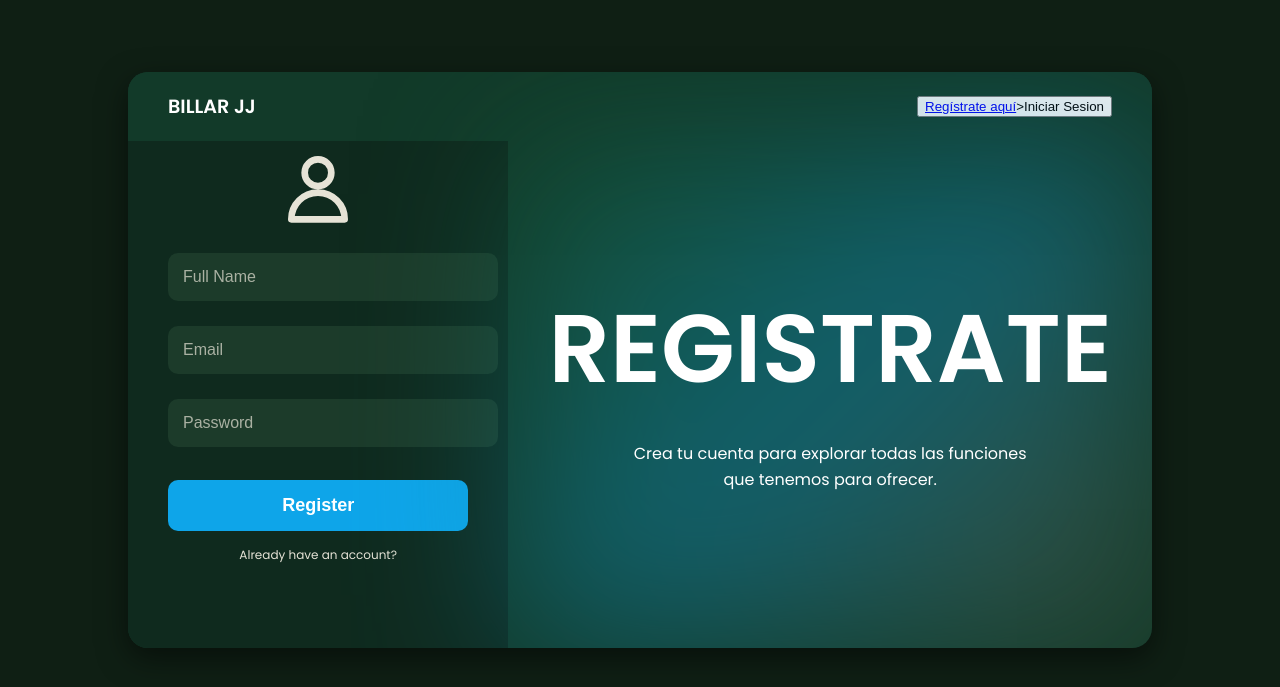
Repository: julianvargas55/ProyectoFormativoBilliarJJ
Page: http://localhost/usuario/registro
These files come from the project's save history. The page is drawn as it stood at one moment and after the next save; the edit follows.
The browser window is 1280 px wide. The pictures show the whole page.
The page is this project's Thymeleaf template; nobody is signed in. The template is opened directly, without the code that normally fills it, so the values that code supplies are empty.

Above is the page before, as saved 2025-10-10 21:38:17.

### test/src/main/resources/templates/usuario/registro.html
<!DOCTYPE html>
<html lang="en">
<head>
    <meta charset="UTF-8">
    <meta name="viewport" content="width=device-width, initial-scale=1.0">
    <title>Register</title>
    <link rel="stylesheet" href="/assets/css/REGISTRO.CSS">
    <link rel="preconnect" href="https://fonts.googleapis.com">
    <link rel="preconnect" href="https://fonts.gstatic.com" crossorigin>
    <link href="https://fonts.googleapis.com/css2?family=Poppins:wght@400;600&display=swap" rel="stylesheet">
</head>
<body>
    <div class="container">
        <header class="navbar">
            <div class="logo">
                <span>BILLAR JJ</span>
            </div>
            <nav>
                <ul>

                </ul>
            </nav>
            <button>  <a th:href="@{/registro}">Regístrate aquí</a>>Iniciar Sesion</button>
        </header>
        <div class="main-content">
            <div class="register-panel">
                <div class="profile-icon">
                    <svg viewBox="0 0 24 24" fill="none" xmlns="http://www.w3.org/2000/svg">
                        <path d="M12 4a4 4 0 100 8 4 4 0 000-8zM12 14a8 8 0 00-8 8h16a8 8 0 00-8-8z" stroke="currentColor" stroke-width="2" stroke-linecap="round" stroke-linejoin="round"/>
                    </svg>
                </div>
                <form class="register-form">

                    <div class="input-group">
                        <input type="text" placeholder="Full Name">
                    </div>
                    <div class="input-group">
                        <input type="email" placeholder="Email">
                    </div>
                    <div class="input-group">
                        <input type="password" placeholder="Password">
                    </div>
                    <button type="submit" class="register-btn">Register</button>
                    <div class="options">
                        <a href="">Already have an account?</a>
                    </div>
                </form>
            </div>
            <div class="welcome-section">
                <div class="gradient-bg"></div>
                <div class="text-content">
                    <h1>REGISTRATE</h1>
                    <p>Crea tu cuenta para explorar todas las funciones que tenemos para ofrecer.</p>
                </div>
            </div>
        </div>
    </div>
</body>
</html>

### test/src/main/resources/static/assets/css/REGISTRO.CSS
:root {
    --primary-bg: #0F1F14; /* Fondo profundo verde oscuro (paño) */
    --secondary-bg: #123A29; /* Paneles en verde oscuro */
    --text-color: #E6E3D6; /* Marfil suave para textos */
    --white: #FFFFFF;
    --accent-pink: #0EA5E9; /* Usado como botón principal: tiza azul */
}

body {
    margin: 0;
    font-family: 'Poppins', sans-serif;
    background: var(--primary-bg);
    color: var(--text-color);
    display: flex;
    justify-content: center;
    align-items: center;
    height: 100vh;
}

.container {
    background: var(--secondary-bg);
    border-radius: 20px;
    box-shadow: 0 10px 30px rgba(0, 0, 0, 0.5);
    display: flex;
    flex-direction: column;
    width: 80vw;
    max-width: 1200px;
    height: 80vh;
    max-height: 800px;
    overflow: hidden;
}

.navbar {
    display: flex;
    justify-content: space-between;
    align-items: center;
    padding: 20px 40px;
    background: var(--secondary-bg);
}

.navbar .logo span {
    color: var(--white);
    font-weight: 600;
    font-size: 1.2rem;
}

.navbar nav ul {
    list-style: none;
    display: flex;
    margin: 0;
    padding: 0;
}

.navbar nav ul li {
    margin: 0 15px;
}

.navbar nav ul li a {
    text-decoration: none;
    color: var(--text-color);
    font-weight: 400;
    transition: color 0.3s;
}

.navbar nav ul li a:hover {
    color: var(--white);
}

.sign-up-btn {
    background-color: transparent;
    border: 1px solid var(--text-color);
    color: var(--text-color);
    padding: 10px 20px;
    border-radius: 20px;
    cursor: pointer;
    transition: all 0.3s;
}

.sign-up-btn:hover {
    background-color: var(--text-color);
    color: var(--secondary-bg);
}

.main-content {
    display: flex;
    flex-grow: 1;
}

.register-panel {
    flex-basis: 35%;
    background: #0F2A1E;
    padding: 5px 40px 40px 40px;
    display: flex;
    flex-direction: column;
    justify-content: flex-start;
    align-items: center;
}

.profile-icon svg {
    width: 80px;
    height: 80px;
    color: var(--text-color);
    margin-bottom: 20px;
}

.register-form {
    width: 100%;
}

.input-group {
    margin-bottom: 25px;
    display: flex;
    flex-direction: column;
    align-items: stretch;
}

.input-group input {
    width: 100%;
    padding: 15px;
    border: none;
    background: #1C3B2A;
    border-radius: 10px;
    color: var(--white);
    font-size: 16px;
    outline: none;
}

.tipo-label {
    color: #0EA5E9;
    font-weight: 600;
    margin-bottom: 8px;
    font-size: 1rem;
}

.tipo-select {
    width: 100%;
    padding: 15px;
    border-radius: 10px;
    border: none;
    background: #1C3B2A;
    color: var(--white);
    font-size: 16px;
    outline: none;
    margin-bottom: 5px;
}

.input-group input::placeholder {
    color: var(--text-color);
    opacity: 0.7;
}

.register-btn {
    width: 100%;
    padding: 15px;
    background: var(--accent-pink);
    color: var(--white);
    border: none;
    border-radius: 10px;
    font-size: 18px;
    font-weight: 600;
    cursor: pointer;
    margin-top: 8px;
    transition: background 0.3s;
}

.register-btn:hover {
    background: #0284C7; /* Azul tiza más profundo */
}

.options {
    display: flex;
    justify-content: center;
    margin-top: 15px;
    font-size: 12px;
}

.options a {
    color: var(--text-color);
    text-decoration: none;
    transition: color 0.3s;
}

.options a:hover {
    color: var(--white);
}

.welcome-section {
    flex-basis: 65%;
    position: relative;
    display: flex;
    flex-direction: column;
    justify-content: center;
    align-items: center;
    text-align: center;
    padding: 40px;
}

.gradient-bg {
    position: absolute;
    top: 0;
    left: 0;
    width: 100%;
    height: 100%;
    background: linear-gradient(135deg,
        rgba(22, 101, 52, 0.7),  /* Verde paño */
        rgba(14, 165, 233, 0.6), /* Tiza azul */
        rgba(139, 94, 60, 0.55)  /* Madera */
    );
    filter: blur(80px);
    z-index: 0;
    opacity: 0.6;
}

.welcome-section .text-content {
    position: relative;
    z-index: 1;
    color: var(--white);
    display: flex;
    flex-direction: column;
    align-items: center;
    justify-content: center;
    height: 100%;
}

.welcome-section h1 {
    font-size: 6rem;
    font-weight: 600;
    margin: 0;
    color: var(--white);
}

.welcome-section p {
    max-width: 400px;
    margin: 20px 0;
    font-size: 1rem;
    line-height: 1.6;
}

After the next save:
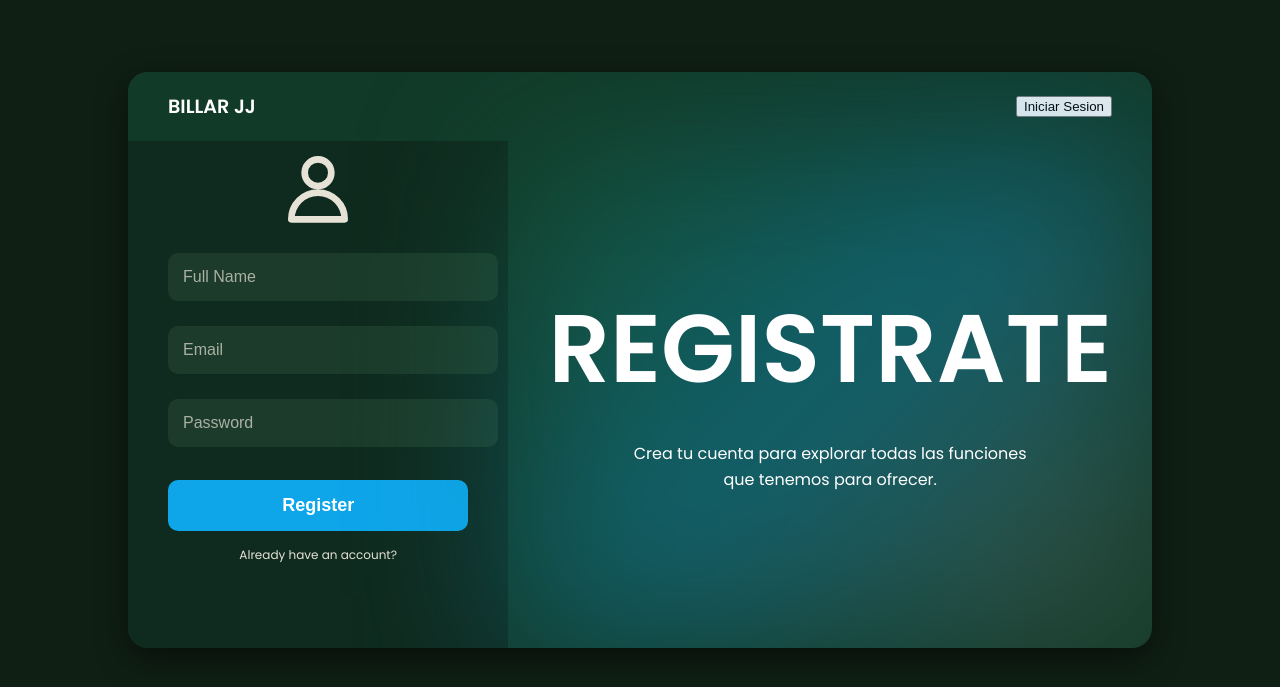
Saved 2 min 42 s later.
--- a/test/src/main/resources/templates/usuario/registro.html
+++ b/test/src/main/resources/templates/usuario/registro.html
@@ -20,7 +20,7 @@
 
                 </ul>
             </nav>
-            <button>  <a th:href="@{/registro}">Regístrate aquí</a>>Iniciar Sesion</button>
+            <button> <a th:href="@{/index}"></a>Iniciar Sesion</button>
         </header>
         <div class="main-content">
             <div class="register-panel">
